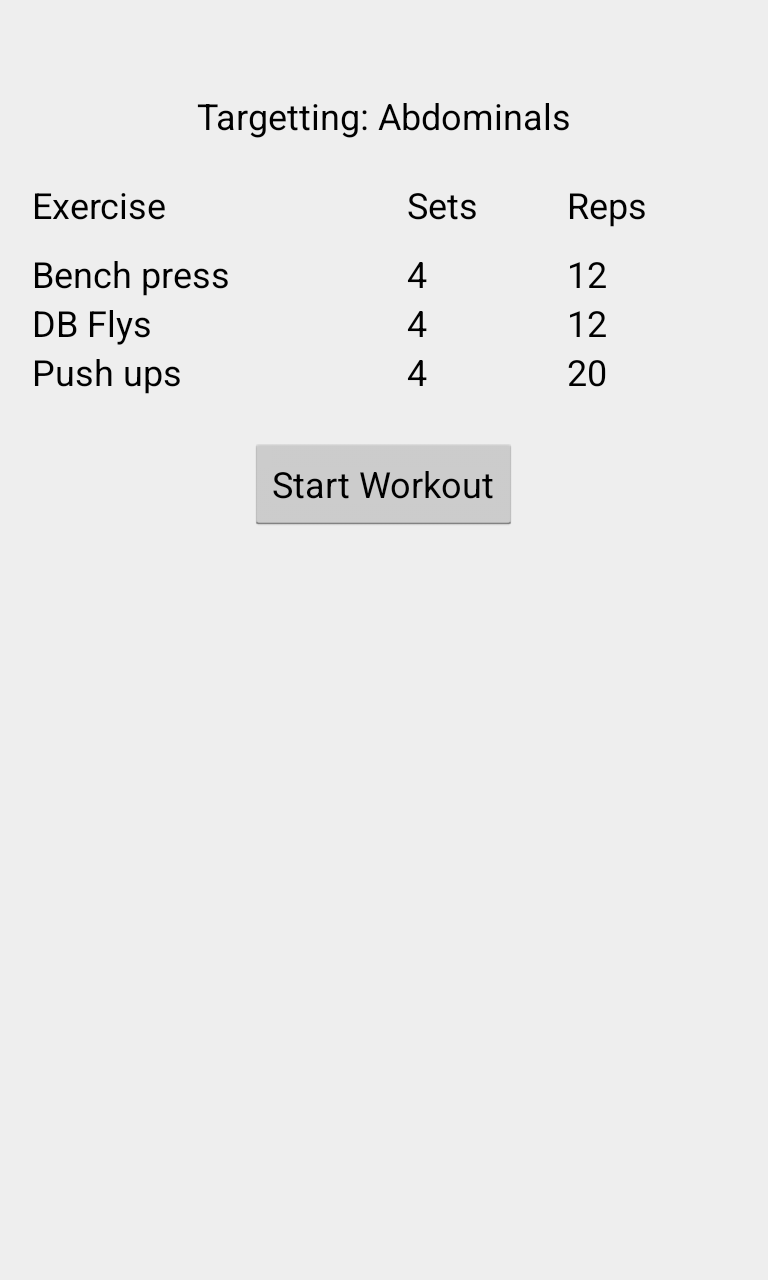
Repository: jmcdon09/EZWorkout
Layout: EzTrain/EzTrain/res/layout/activity_preview_workout.xml
An editor plug-in stored every save of this project. The layout is shown before and after the next save, followed by the edit.
It is drawn on a 768 x 1280 px phone screen (xhdpi) without system bars, with theme AppTheme; the app's code is not run.

Above is the layout before, as saved 2014-03-30 19:06:43.

### EzTrain/EzTrain/res/layout/activity_preview_workout.xml
<LinearLayout xmlns:android="http://schemas.android.com/apk/res/android"
    xmlns:tools="http://schemas.android.com/tools"
    android:id="@+id/LinearLayout1"
    android:layout_width="match_parent"
    android:layout_height="match_parent"
    android:orientation="vertical"
    android:background="@color/background"
    android:paddingBottom="@dimen/activity_vertical_margin"
    android:paddingLeft="@dimen/activity_horizontal_margin"
    android:paddingRight="@dimen/activity_horizontal_margin"
    android:paddingTop="@dimen/activity_vertical_margin"
    tools:context=".PreviewWorkout" >

    <TextView
        android:id="@+id/preview_workout_name"
        android:layout_width="wrap_content"
        android:layout_height="wrap_content"
        android:layout_gravity="center"
        android:textAppearance="?android:attr/textAppearanceLarge" />

    <TextView
        android:id="@+id/preview_workout_muscle_group"
        android:layout_width="wrap_content"
        android:layout_height="wrap_content"
        android:layout_gravity="center"
        android:text="Targetting: Abdominals"
        android:textAppearance="?android:attr/textAppearanceMedium" />

    <TableLayout
        android:id="@+id/preview_exercises"
        android:layout_width="fill_parent"
        android:layout_height="wrap_content"
        android:layout_marginTop="20dp" >

        <TableRow
            android:id="@+id/tableRow1"
            android:layout_width="wrap_content"
            android:layout_height="wrap_content"
            android:weightSum="100"
            android:layout_marginBottom="10dp" >

            <TextView
                android:id="@+id/table_exercise"
                android:layout_width="fill_parent"
                android:layout_height="wrap_content"
                android:layout_weight="50"
                android:text="@string/exercise"
                android:textAppearance="?android:attr/textAppearanceMedium" />

            <TextView
                android:id="@+id/table_sets"
                android:layout_width="fill_parent"
                android:layout_height="wrap_content"
                android:text="@string/sets"
                android:layout_weight="25"
                android:textAppearance="?android:attr/textAppearanceMedium" />

            <TextView
                android:id="@+id/table_reps"
                android:layout_width="fill_parent"
                android:layout_height="wrap_content"
                android:text="@string/reps"
                android:layout_weight="25"
                android:textAppearance="?android:attr/textAppearanceMedium" />

        </TableRow>

        <TableRow
            android:id="@+id/tableRow2"
            android:layout_width="wrap_content"
            android:layout_height="wrap_content"
            android:weightSum="100" >

            <TextView
                android:id="@+id/exercise1"
                android:layout_width="fill_parent"
                android:layout_height="wrap_content"
                android:text="@string/exercise1"
                android:layout_weight="50"
                android:textAppearance="?android:attr/textAppearanceMedium"/>

            <TextView
                android:id="@+id/set1"
                android:layout_width="fill_parent"
                android:layout_height="wrap_content"
                android:text="@string/set1"
                android:layout_weight="25"
                android:textAppearance="?android:attr/textAppearanceMedium" />

            <TextView
                android:id="@+id/rep1"
                android:layout_width="fill_parent"
                android:layout_height="wrap_content"
                android:text="@string/rep1"
                android:layout_weight="25"
                android:textAppearance="?android:attr/textAppearanceMedium" />

        </TableRow>

        <TableRow
            android:id="@+id/tableRow3"
            android:layout_width="wrap_content"
            android:layout_height="wrap_content"
            android:weightSum="100" >

            <TextView
                android:id="@+id/exercise2"
                android:layout_width="fill_parent"
                android:layout_height="wrap_content"
                android:text="DB Flys"
                android:layout_weight="50"
                android:textAppearance="?android:attr/textAppearanceMedium"/>

            <TextView
                android:id="@+id/set2"
                android:layout_width="fill_parent"
                android:layout_height="wrap_content"
                android:text="4"
                android:layout_weight="25"
                android:textAppearance="?android:attr/textAppearanceMedium" />

            <TextView
                android:id="@+id/rep2"
                android:layout_width="fill_parent"
                android:layout_height="wrap_content"
                android:text="12"
                android:layout_weight="25"
                android:textAppearance="?android:attr/textAppearanceMedium" />

        </TableRow>

        <TableRow
            android:id="@+id/tableRow4"
            android:layout_width="wrap_content"
            android:layout_height="wrap_content"
            android:weightSum="100" >

            <TextView
                android:id="@+id/exercise3"
                android:layout_width="fill_parent"
                android:layout_height="wrap_content"
                android:layout_weight="50"
                android:text="Push ups"
                android:textAppearance="?android:attr/textAppearanceMedium"/>

            <TextView
                android:id="@+id/set3"
                android:layout_width="fill_parent"
                android:layout_height="wrap_content"
                android:layout_weight="25"
                android:text="4"
                android:textAppearance="?android:attr/textAppearanceMedium" />

            <TextView
                android:id="@+id/rep3"
                android:layout_width="fill_parent"
                android:layout_height="wrap_content"
                android:layout_weight="25"
                android:text="20"
                android:textAppearance="?android:attr/textAppearanceMedium" />

        </TableRow>
    </TableLayout>

    <Button
        android:id="@+id/preview_to_start"
        android:layout_width="wrap_content"
        android:layout_height="wrap_content"
        android:layout_marginTop="20dp"
        android:layout_gravity="center"
        android:text="@string/start_workout" />

</LinearLayout>

### EzTrain/EzTrain/res/values-v11/styles.xml
<?xml version="1.0" encoding="utf-8"?>
<resources>

    <!--
        Base application theme for API 11+. This theme completely replaces
        AppBaseTheme from res/values/styles.xml on API 11+ devices.
    -->
    <style name="AppBaseTheme" parent="android:Theme.Holo.Light">
        <!-- API 11 theme customizations can go here. -->
    </style>

    <style name="FullscreenTheme" parent="android:Theme.Holo">
        <item name="android:actionBarStyle">@style/FullscreenActionBarStyle</item>
        <item name="android:windowActionBarOverlay">true</item>
        <item name="android:windowBackground">@null</item>
        <item name="buttonBarStyle">?android:attr/buttonBarStyle</item>
        <item name="buttonBarButtonStyle">?android:attr/buttonBarButtonStyle</item>
    </style>

    <style name="FullscreenActionBarStyle" parent="android:Widget.Holo.Light.ActionBar">
        <item name="android:background">@color/action_bar_background</item>
        <item name="android:actionMenuTextColor">@color/black_overlay</item>
    </style>

</resources>

### EzTrain/EzTrain/res/values-v14/styles.xml
<resources xmlns:android="http://schemas.android.com/apk/res/android">

    <!--
        Base application theme for API 14+. This theme completely replaces
        AppBaseTheme from BOTH res/values/styles.xml and
        res/values-v11/styles.xml on API 14+ devices.
    -->
    <style name="AppBaseTheme" parent="@android:style/Theme.Holo.Light.DarkActionBar">
        <!-- API 14 theme customizations can go here. -->
        <item name="android:actionBarStyle">@style/MyActionBar</item>


    </style>

    <style name="MyActionBar" parent="@android:style/Widget.Holo.Light.ActionBar">
        <item name="android:background">@color/action_bar_background</item>
        <item name="android:titleTextStyle">@style/MyActionBarTitle</item>
    </style>

	<style name="MyActionBarTitle" parent="@android:style/TextAppearance.Holo.Widget.ActionBar.Title">
	    <item name="android:textColor">@color/title</item>

	</style>

	<style name="LargeTableText">
	    <item name="android:textAppearance">?android:attr/textAppearanceSmall</item>
	</style>



</resources>

### EzTrain/EzTrain/res/values/colors.xml
<resources>

    <color name="action_bar_background">#4db6af</color>
    <color name="black_overlay">#66000000</color>
    <color name="background">#eee</color>
    <color name="font">#444</color>
    <color name="accent">#ccc</color>
    <color name="title">#FFF</color>

</resources>

### EzTrain/EzTrain/res/values/strings.xml
<?xml version="1.0" encoding="utf-8"?>
<resources>

    <string name="app_name">EZWorkout</string>

    <string-array name="muscle_groups">
        <item>Arms</item>
        <item>Abdominals</item>
        <item>Chest</item>
        <item>Back</item>
        <item>Legs</item>
        <item>Shoulders</item>
    </string-array>

    <string-array name="my_workouts">
        <item>Biceps</item>
        <item>Major Chest Workout</item>
        <item>Chest Destroyer</item>
        <item>Ab Crusher</item>
    </string-array>

    <string-array name="chest">
        <item>Benchpress</item>
        <item>DB Flys</item>
        <item>Push Ups</item>
        <item>Iron Cross</item>
        <item>Decline Dumbell Press</item>
        <item></item>
    </string-array>

    <string-array name="arms">
        <item>Bicep Curls</item>
        <item>Spider Curls</item>
        <item>Tricep Dips</item>
        <item>Skullcrushers</item>
        <item>French Press</item>
    </string-array>

    <string-array name="shoudlers">
        <item>Shoulder Abduction</item>
        <item>Military Press</item>
    </string-array>

    <string-array name="abdominals">
        <item>Crunches</item>
        <item>Russian Twists</item>
        <item>Sit-ups</item>
        <item>Toe Touches</item>
    </string-array>

    <string-array name="legs">
        <item>One Legged Squats</item>
        <item>Romanian Deadlifts</item>
        <item>Trap Bar Deadlifts</item>
        <item>Box Jumps</item>
    </string-array>

    <string-array name="back">
        <item>Standing Good Mornings</item>
        <item>Seated Good Mornings</item>
        <item>Reverse Hypers</item>
        <item>Chin Ups</item>
    </string-array>

    <string name="workout_now">Start Workout</string>
    <string name="progress">My Progress</string>
    <string name="design_work">Design Workout</string>
    <string name="title_activity_start_workout">Start Workout</string>
    <string name="title_activity_my_progress">My Progress</string>
    <string name="title_activity_design_workout">Design Workout</string>
    <string name="title_activity_add_exercises">Add Exercises</string>
    <string name="title_activity_create_exercise">Create Exercise</string>
    <string name="title_activity_preview_workout">Preview Workout</string>
    <string name="title_activity_my_workouts">My Workouts</string>
    <string name="title_activity_workout">Workout</string>
    <string name="title_activity_active_workout">Active Workout</string>
    <string name="workout_name">Workout Name</string>
    <string name="return_workout"></string>
    <string name="action_settings">Action Settings</string>
    <string name="add_exercise_to_workout">Add Exercises to </string>
    <string name="add_exercise">Add Exercise</string>
    <string name="begin_design">Start Design</string>
    <string name="create_exercise">Create Exercise</string>
    <string name="muscle_group">Muscle Group</string>
    <string name="workout_description">Workout Description</string>
    <string name="my_workouts">My Workouts</string>
    <string name="start_workout">Start Workout</string>
    <string name="browse_workouts">Browse Workouts</string>
    <string name="exercise_name">Exercise Name</string>
    <string name="rep_hint">Rep hint goes here</string>
    <string name="action_home">Home</string>
    <string name="exercise1">Bench press </string>
    <string name="set1">4</string>
    <string name="rep1">12</string>
    <string name="hello_world">Hello world!</string>
    <string name="preview_workout">Preview Workout</string>
    <string name="title_activity_preview_design">Preview Design</string>
    <string name="exercise">Exercise</string>
    <string name="sets">Sets</string>
    <string name="reps">Reps</string>
    <string name="weight">Weight</string>
    <string name="error_design_fill_sections">Fill out all sections before clicking Add Exercise!</string>
    <string name="error_empty_preview">Need at least one exercise added before preview!</string>
    <string name="save_workout">Save Workout</string>



</resources>

Loaded but not shown: EzTrain/EzTrain/res/values/styles.xml (common file); EzTrain/EzTrain/res/values/dimens.xml (common file)

After the next save:
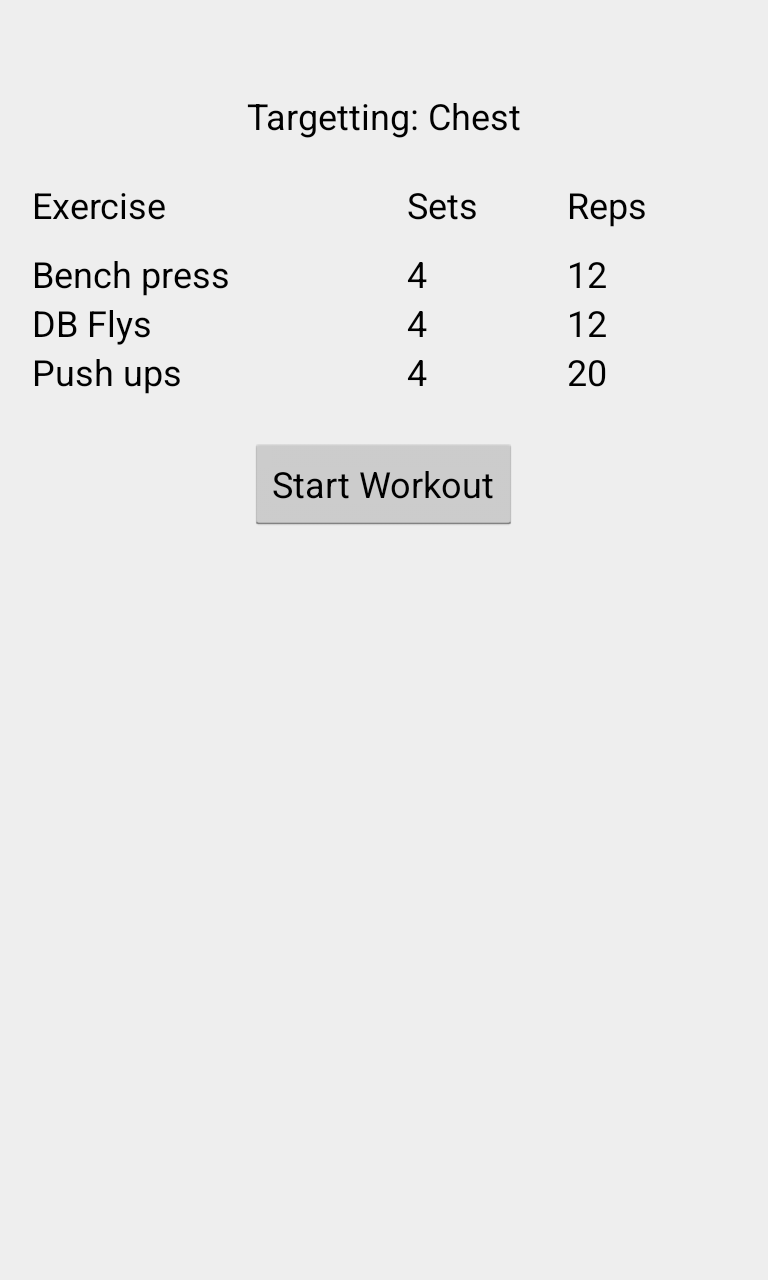
Saved 66 s later.
--- a/EzTrain/EzTrain/res/layout/activity_preview_workout.xml
+++ b/EzTrain/EzTrain/res/layout/activity_preview_workout.xml
@@ -23,7 +23,7 @@
         android:layout_width="wrap_content"
         android:layout_height="wrap_content"
         android:layout_gravity="center"
-        android:text="Targetting: Abdominals"
+        android:text="Targetting: Chest"
         android:textAppearance="?android:attr/textAppearanceMedium" />
 
     <TableLayout
